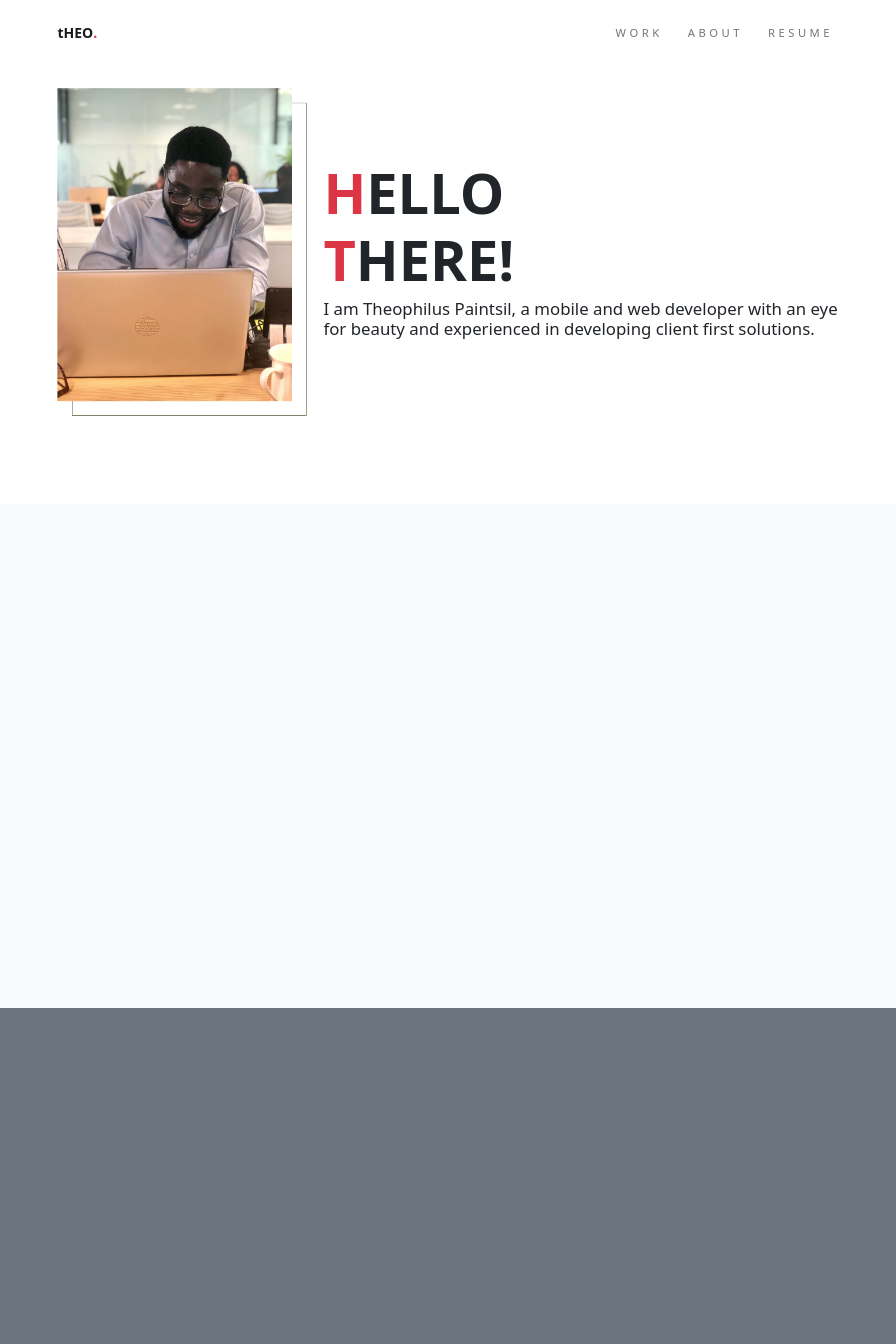
Repository: tHEO2k17/portfolio
Page: /
The author's editor kept a copy of each file at every save. The page is drawn from the files as they stood at one save, then again after the next save.
The browser window is 1280 px wide. The pictures show the part of the page from y = 0 to 1920 px (the page is 3000 px tall), at 70% of full size.
The project was rebuilt for these pictures with package versions that can differ from the ones it lists, and the page was loaded fresh each time.

Above is the page before, as saved 2021-07-22 07:42:04.

### public/index.html
<!DOCTYPE html>
<html lang="en">
  <head>
    <meta charset="utf-8" />
    <link rel="icon" href="%PUBLIC_URL%/favicon.ico" />
    <meta name="viewport" content="width=device-width, initial-scale=1" />
    <meta name="theme-color" content="#000000" />
    <meta
      name="description"
      content="Web site created using create-react-app"
    />
    <link rel="apple-touch-icon" href="%PUBLIC_URL%/logo192.png" />
    <link rel="manifest" href="%PUBLIC_URL%/manifest.json" />
    <title>Theophilus Paintsil - Portfolio</title>
  </head>
  <body>
    <noscript>You need to enable JavaScript to run this app.</noscript>
    <div id="root"></div>
  </body>
</html>

### src/index.tsx
import React from 'react';
import ReactDOM from 'react-dom';
import './index.scss';
import App from './presentation/App';

ReactDOM.render(
  <React.StrictMode>
    <App />
  </React.StrictMode>,
  document.getElementById('root')
);

### src/index.scss
@import '~bootstrap/scss/bootstrap.scss';

.navbar-light .navbar-nav{
    padding: 1.2rem 0rem;
}

.navbar-light .navbar-nav .nav-link {
   letter-spacing: 5px;
}

.navbar-light .navbar-nav .nav-link:not(:last-child) {
    margin-right: 20px;
 }

### src/presentation/App.tsx
import React from 'react';
import { Switch, Route, BrowserRouter as Router, } from 'react-router-dom';
import HomePage from './pages/HomePage';

function App() {
  return (
    <Router>
      <Switch>
        <Route exact path="/" component={HomePage} />
      </Switch>
    </Router>
  );
}

export default App;

### src/presentation/pages/HomePage.tsx
import { Col, Container, Nav, Navbar, Row, Image } from "react-bootstrap";

export default function HomePage() {
    return (
        <>
            <Navbar expand="lg" fixed="top" variant="light">
                <Container>
                    <Navbar.Brand href="#home">
                        <span className="fw-bold">tHEO<b className="text-danger">.</b></span>
                    </Navbar.Brand>
                    <Navbar.Toggle />
                    <Navbar.Collapse>
                        <Nav className="ms-auto">
                            <Nav.Link href="#home">WORK</Nav.Link>
                            <Nav.Link href="#home">ABOUT</Nav.Link>
                            <Nav.Link href="#link">RESUME</Nav.Link>
                        </Nav>
                    </Navbar.Collapse>
                </Container>
            </Navbar>

            <header className="min-vh-100">
                <Container>
                    <Row className="align-items-center min-vh-100 my-auto">
                        <Col md="4"> <Image src="assets/images/theo.png" fluid /> </Col>
                        <Col className="pl-5">
                            <h1 className="display-1 fw-bold">
                                <b className="text-danger">H</b>ELLO <br />
                                <b className="text-danger">T</b>HERE!
                            </h1>
                            <h4>
                                I am Theophilus Paintsil, a mobile and web developer with an eye for beauty and experienced in developing client first solutions.
                            </h4>
                        </Col>
                    </Row>
                </Container>
            </header>

            <section className="bg-light min-vh-100">
                {/* skills and tools */}
            </section>

            <section className="bg-secondary min-vh-100">
                {/* employment history */}
            </section>

            <section className="bg-light min-vh-100">
                {/* work gallery */}
            </section>

            <footer className="bg-dark text-white">
                <Container className="py-5">
                    <Row>
                        <Col>&copy; {new Date().getFullYear()} Theophilus Paintsil. All rights reserved </Col>
                    </Row>
                </Container>
            </footer>

        </>
    );
}

After the next save:
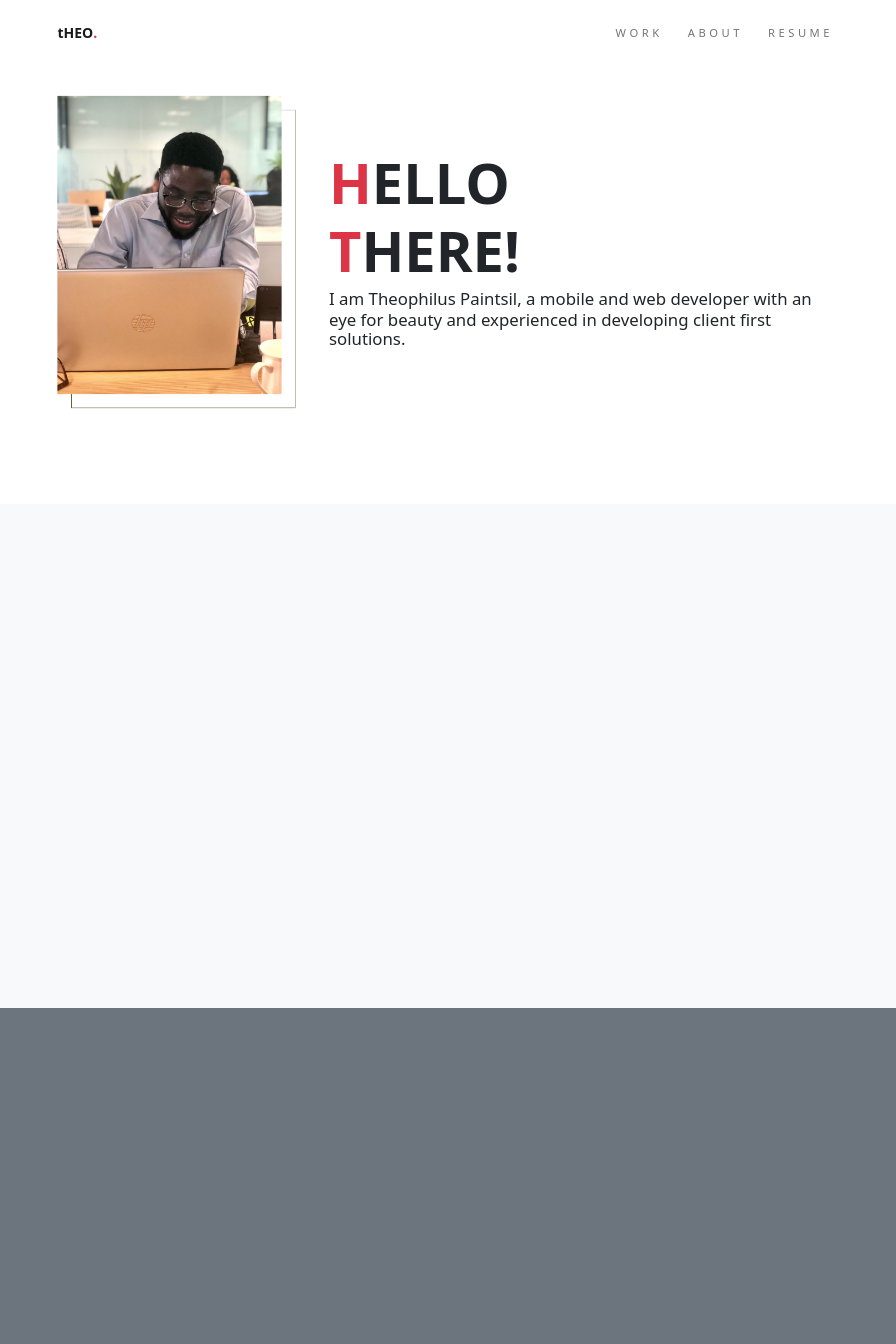
Saved 54 s later.
--- a/src/presentation/pages/HomePage.tsx
+++ b/src/presentation/pages/HomePage.tsx
@@ -21,9 +21,9 @@ export default function HomePage() {
 
             <header className="min-vh-100">
                 <Container>
-                    <Row className="align-items-center min-vh-100 my-auto">
+                    <Row className="align-items-center min-vh-100 my-auto gx-5">
                         <Col md="4"> <Image src="assets/images/theo.png" fluid /> </Col>
-                        <Col className="pl-5">
+                        <Col>
                             <h1 className="display-1 fw-bold">
                                 <b className="text-danger">H</b>ELLO <br />
                                 <b className="text-danger">T</b>HERE!
